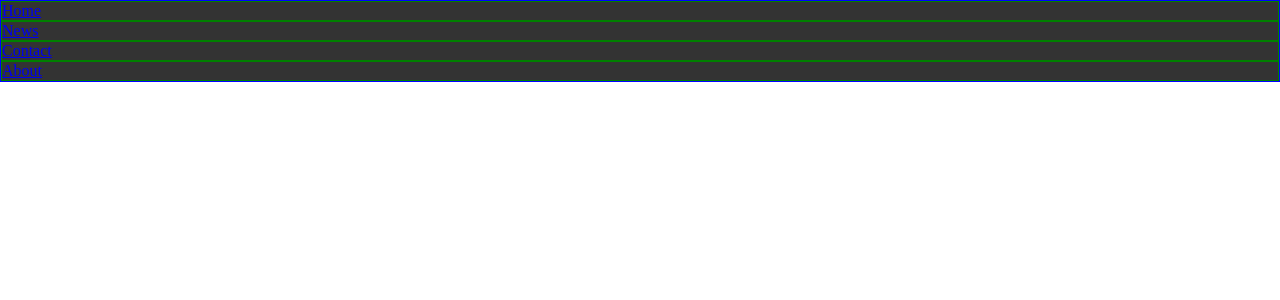
Repository: msgggg1/webPro
Page: webPro/src/main/webapp/html/days04/ex02_review.html
These files come from the project's save history. The page is drawn as it stood at one moment and after the next save; the edit follows.
The browser window is 1280 px wide. The pictures show the whole page.

Above is the page before, as saved 2025-04-24 13:52:18.

### webPro/src/main/webapp/html/days04/ex02_review.html
<!DOCTYPE html>
<html>
<head>
<meta charset="UTF-8">
<title>Insert title here</title>
<link rel="shortcut icon" type="image/x-icon" href="http://localhost/webPro/images/SiSt.ico">
<script src="https://ajax.googleapis.com/ajax/libs/jquery/3.7.1/jquery.min.js"></script>
<style>
	html,body{
		padding: 0;
		margin: 0;
	}

	ul#main{
		border: solid 1px blue;
		background-color: #333;
		list-style-type: none;
		padding:0;
		margin: 0;
	}

	ul#main li{
		border: solid 1px green;
	}

</style>
</head>
<body>
	<ul id="main">
		<li><a href="#">Home</a></li>
		<li><a href="#" class="active">News</a></li>
		<li><a href="#">Contact</a></li>
		<li><a href="#">About</a></li>
	</ul>



</body>
</html>

After the next save:
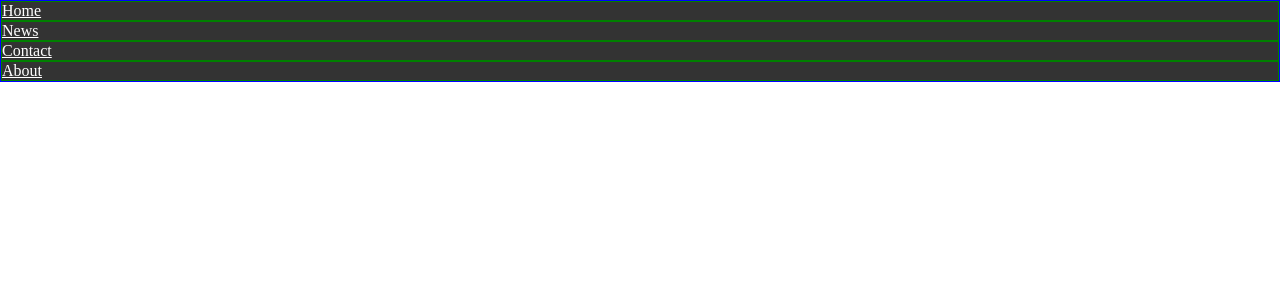
Saved 40 s later.
--- a/webPro/src/main/webapp/html/days04/ex02_review.html
+++ b/webPro/src/main/webapp/html/days04/ex02_review.html
@@ -23,6 +23,11 @@
 		border: solid 1px green;
 	}
 
+	ul#main li a{
+		color: white;
+
+	}
+
 </style>
 </head>
 <body>
